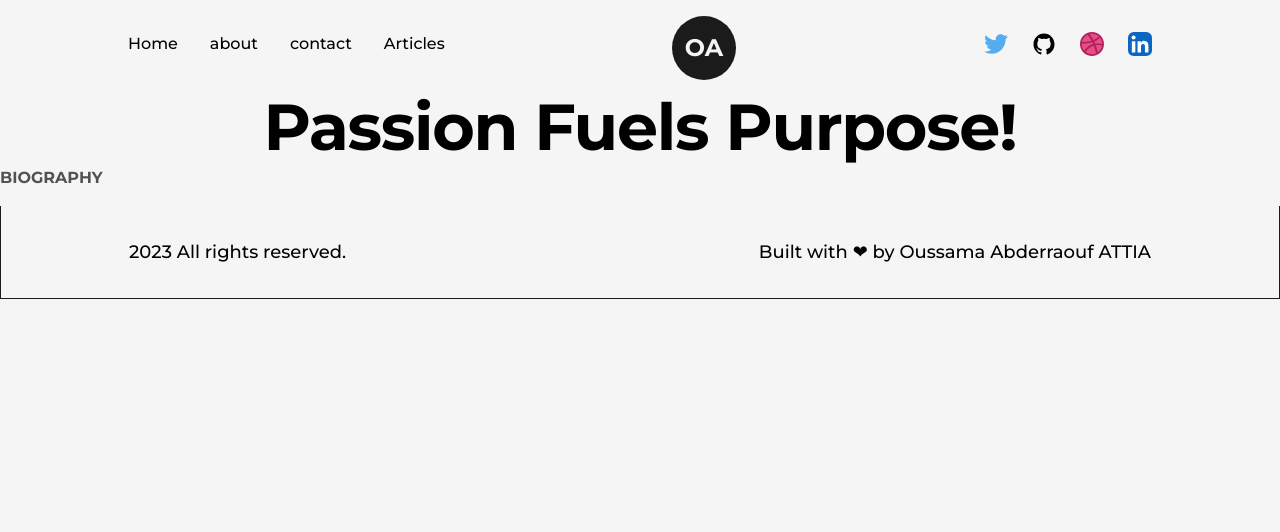
Repository: OussamaAbderraoufAttia/Next.js-Developer-Portfolio
Page: /About
An editor plug-in stored every save of this project. The page is shown before and after the next save, followed by the edit.
The browser window is 1280 px wide. The pictures show the whole page.
The project was rebuilt for these pictures with package versions that can differ from the ones it lists, and the page was loaded fresh each time. The framework's server and built-in components were replaced by stand-ins that run in the browser. Also part of the build but not shown: next.config.js, src/components/AnimatedText.js.

Above is the page before, as saved 2023-06-27 16:47:05.

After the next save:
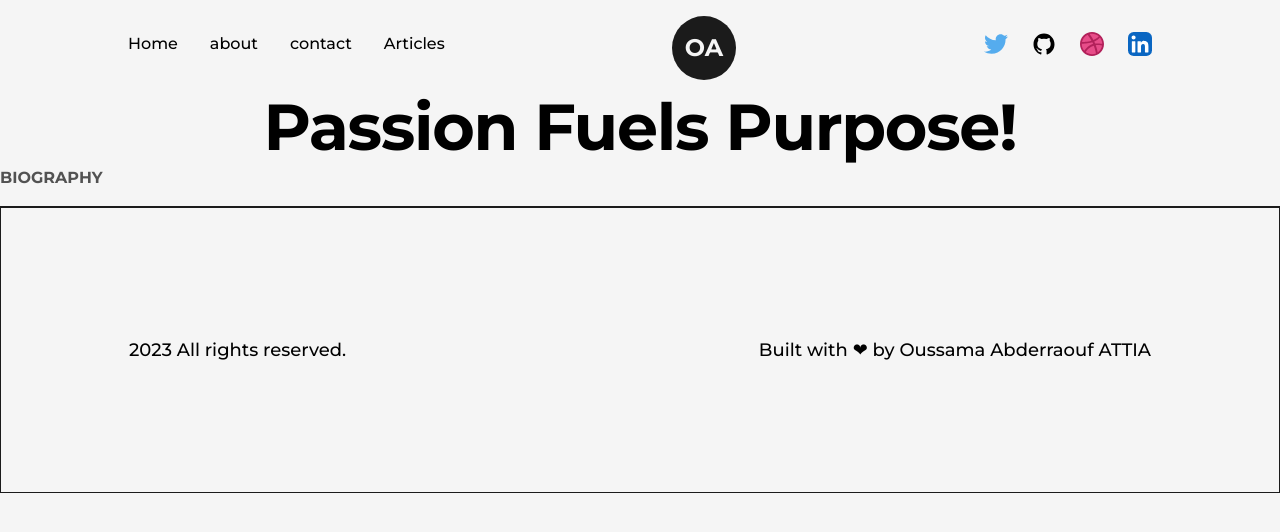
Saved 13 s later.
--- a/src/components/Footer.js
+++ b/src/components/Footer.js
@@ -5,10 +5,10 @@
 const Footer = () => {
   return (
     <div>
-      <footer className='w-full border-t-0 border border-solid  border-dark
+      <footer className='w-full border-t-2 border border-solid  border-dark
       font-medium text-lg
       '>
-        <Layout className=' py-8 flex items-center justify-between '>
+        <Layout className='  flex items-center justify-between '>
         <span>
             2023 All rights reserved.
         </span>
